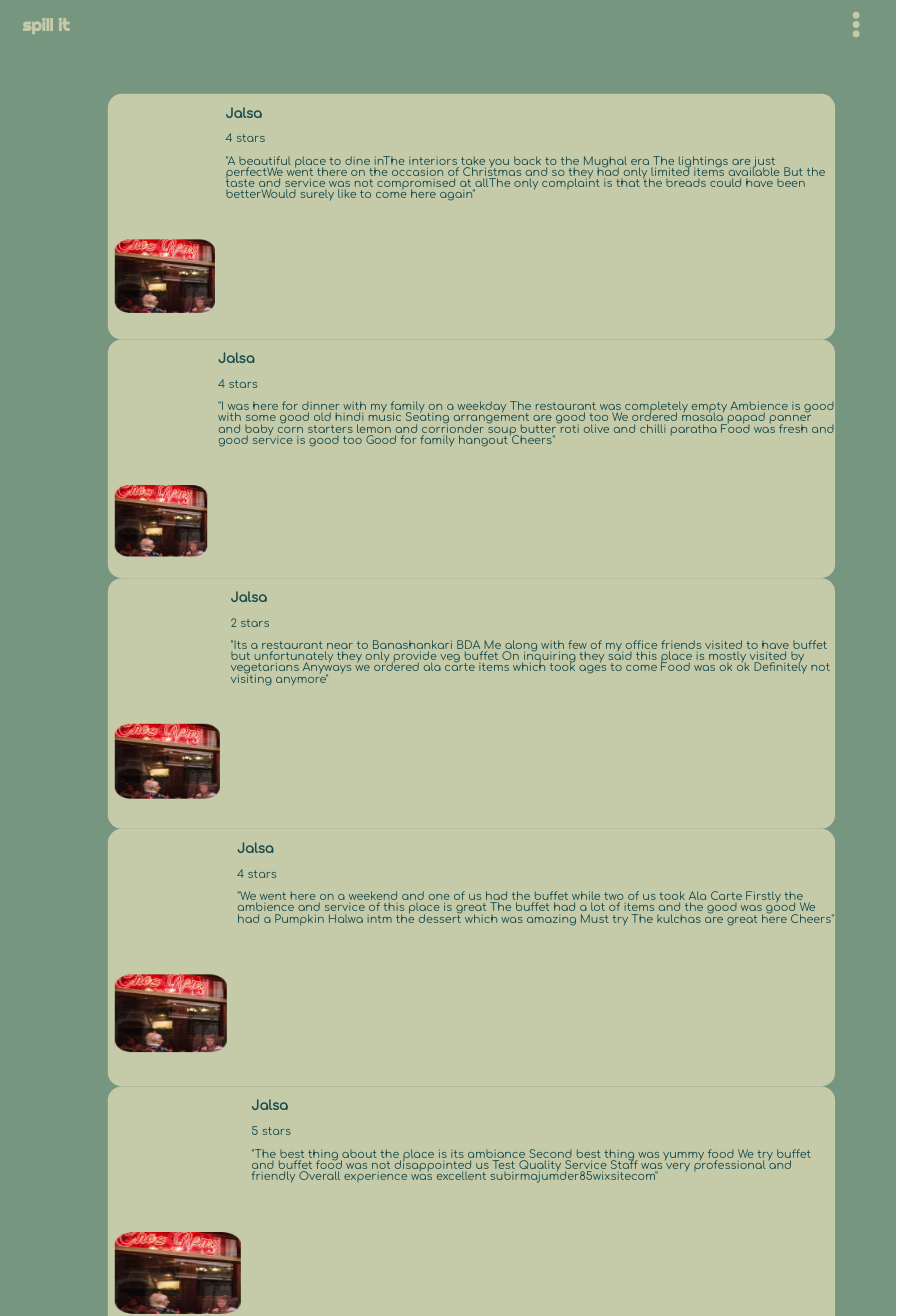
Repository: shaelorch/spillit
Page: /findASpot
The author's editor kept a copy of each file at every save. The page is drawn from the files as they stood at one save, then again after the next save.
The browser window is 1280 px wide. The page is 1309 px wide, then 1284 px, so the pictures cover 1309 px, including what lies to the right of the window. The pictures show the part of the page from y = 0 to 1880 px (the page is 640176 px tall before and 628110 px after), at 70% of full size.
The project was rebuilt for these pictures with package versions that can differ from the ones it lists, and the page was loaded fresh each time. The framework's server and built-in components were replaced by stand-ins that run in the browser. Also part of the build but not shown: next.config.js, components/HeroCont.js, components/Button.js, components/SubButton.js, components/Header.js, components/popMenu.js.

Above is the page before, as saved 2023-02-10 14:51:49.

### pages/findASpot.js
import Head from 'next/head'
import Image from 'next/image'
import HeroCont from '../components/HeroCont'
import styles from '../styles/Home.module.css'
import Button from '../components/Button'
import SubButton from '../components/SubButton'
import RevCard from '../components/reviewCard'
import Header from '../components/Header'
import TopBar from '../components/topBAr'
import reviews from '../data/reviews.json'


export default function Home() {

  console.log(reviews);
  return (
    <div className={styles.container}>
      <Head>
        <title>Create Next App</title>
        <meta name="description" content="Generated by create next app" />
        <link rel="icon" href="/favicon.ico" />

      </Head>

     <TopBar/>

      <main className={styles.main}>
       <div >
        {
          reviews.map( (rev, index) => {
            return (
              <RevCard
              key={index}
              name={rev.name}
              rating={`${rev.rating} stars`}
              review={`"${rev.review}"`}></RevCard>
            )
          })

        }
       </div>



      </main>

      <footer className={styles.footer}>

      </footer>
    </div>
  )
}

### styles/globals.css

@import url('https://fonts.googleapis.com/css2?family=Righteous&display=swap');
@import url('https://fonts.googleapis.com/css2?family=Comfortaa&family=Righteous&display=swap');


html,
body {
  padding: 0;
  margin: 0;
  font-family: -apple-system, BlinkMacSystemFont, Segoe UI, Roboto, Oxygen,
    Ubuntu, Cantarell, Fira Sans, Droid Sans, Helvetica Neue, sans-serif;
}

a {
  color: inherit;
  text-decoration: none;
}

* {
  box-sizing: border-box;
}

@media (prefers-color-scheme: dark) {
  html {
    color-scheme: dark;
  }
  body {
    color: white;
    background: black;
  }
}

### styles/Home.module.css
.container {
  padding: 0 2rem;
  background-color: #779680;
}

.rotate {

  width:358;
  height:195;
  margin-top:-160;
  margin-Left:-40;
  animation:rotation 2s infinite linear;
}

.main {
  min-height: 100vh;
  padding: 4rem 0;
  flex: 1;
  margin-left:10%;
  margin-right:-5%;
  display: flex;
  flex-direction: column;
  justify-content: center;
  align-items: center;
  font-family: 'Comfortaa', 'cursive';
}

.footer {
  display: flex;
  flex: 1;
  padding: 2rem 0;
  border-top: 1px solid #eaeaea;
  justify-content: center;
  align-items: center;
}

.footer a {
  display: flex;
  justify-content: center;
  align-items: center;
  flex-grow: 1;
}

.title a {
  color: #0070f3;
  text-decoration: none;
}

.title a:hover,
.title a:focus,
.title a:active {
  text-decoration: underline;
}

.title {
  margin: 0;
  line-height: 1.15;
  font-size: 4rem;
}

.title,
.description {
  text-align: center;
}

.description {
  margin: 4rem 0;
  line-height: 1.5;
  font-size: 1.5rem;
}

.code {
  background: #fafafa;
  border-radius: 5px;
  padding: 0.75rem;
  font-size: 1.1rem;
  font-family: Menlo, Monaco, Lucida Console, Liberation Mono, DejaVu Sans Mono,
    Bitstream Vera Sans Mono, Courier New, monospace;
}

.grid {
  display: flex;
  align-items: center;
  justify-content: center;
  flex-wrap: wrap;
  max-width: 800px;
}

.card {
  margin: 1rem;
  padding: 1.5rem;
  text-align: left;
  color: inherit;
  text-decoration: none;
  border: 1px solid #eaeaea;
  border-radius: 10px;
  transition: color 0.15s ease, border-color 0.15s ease;
  max-width: 300px;
}

.card:hover,
.card:focus,
.card:active {
  color: #0070f3;
  border-color: #0070f3;
}

.card h2 {
  margin: 0 0 1rem 0;
  font-size: 1.5rem;
}

.card p {
  margin: 0;
  font-size: 1.25rem;
  line-height: 1.5;
}

.logo {
  height: 1em;
  margin-left: 0.5rem;
}

@media (max-width: 600px) {
  .grid {
    width: 100%;
    flex-direction: column;
  }
}

@media (prefers-color-scheme: dark) {
  .card,
  .footer {
    border-color: #222;
  }
  .code {
    background: #111;
  }
  .logo img {
    filter: invert(1);
  }
}

### components/reviewCard.js



export default function RevCard({
    name="restaurnt",
    rating="4.0",
    review="lalalala"
}) {

    return (<div style={{justifyContent:'center',display:'flex', width:"90%", height:'100%', backgroundColor:'#C5CAA9',  borderRadius:20}}>

        <div style={{display:'flex', flexDirection:'row'}}>
            <img  style={{display:'flex', width:'45%', height:"30%", marginTop:"20%", marginLeft:10}} src="place.png"/>
            <div style={{lineHeight:1,paddingLeft:15, color:'#184B4B'}}>
                <h3>{name}</h3>
                <p>{rating}</p>
                <p>{review}</p>
            </div>
        </div>



    </div>

    )
}

### components/topBAr.js
import Link from "next/link"
import { useState } from "react"
import { GrClose } from 'react-icons/gr'
import PopMenu from "./popMenu";

export default function TopBar() {

    const [open, setOpen] = useState(false);

   const onClick = () => {
    setOpen (current => !current)
   };

    return (
        <><div style={{ display: 'flex', flexDirection: 'row', justifyContent: 'space-between', alignItems: 'center', backgroundColor: '#779680' }}>
            <Link href='/'>
                <h2 style={{ color: '#C5CAA9', fontFamily: 'righteous, cursive' }}>spill it</h2>
            </Link>
            <img
                onClick={onClick} style={{ height: 50, width: 50 }} src="menu.png" />
            {open ? <PopMenu/> : null}

        </div></>

            )
        }

Loaded but not shown: pages/_app.js (common file); data/reviews.json (10022 lines, source omitted)

After the next save:
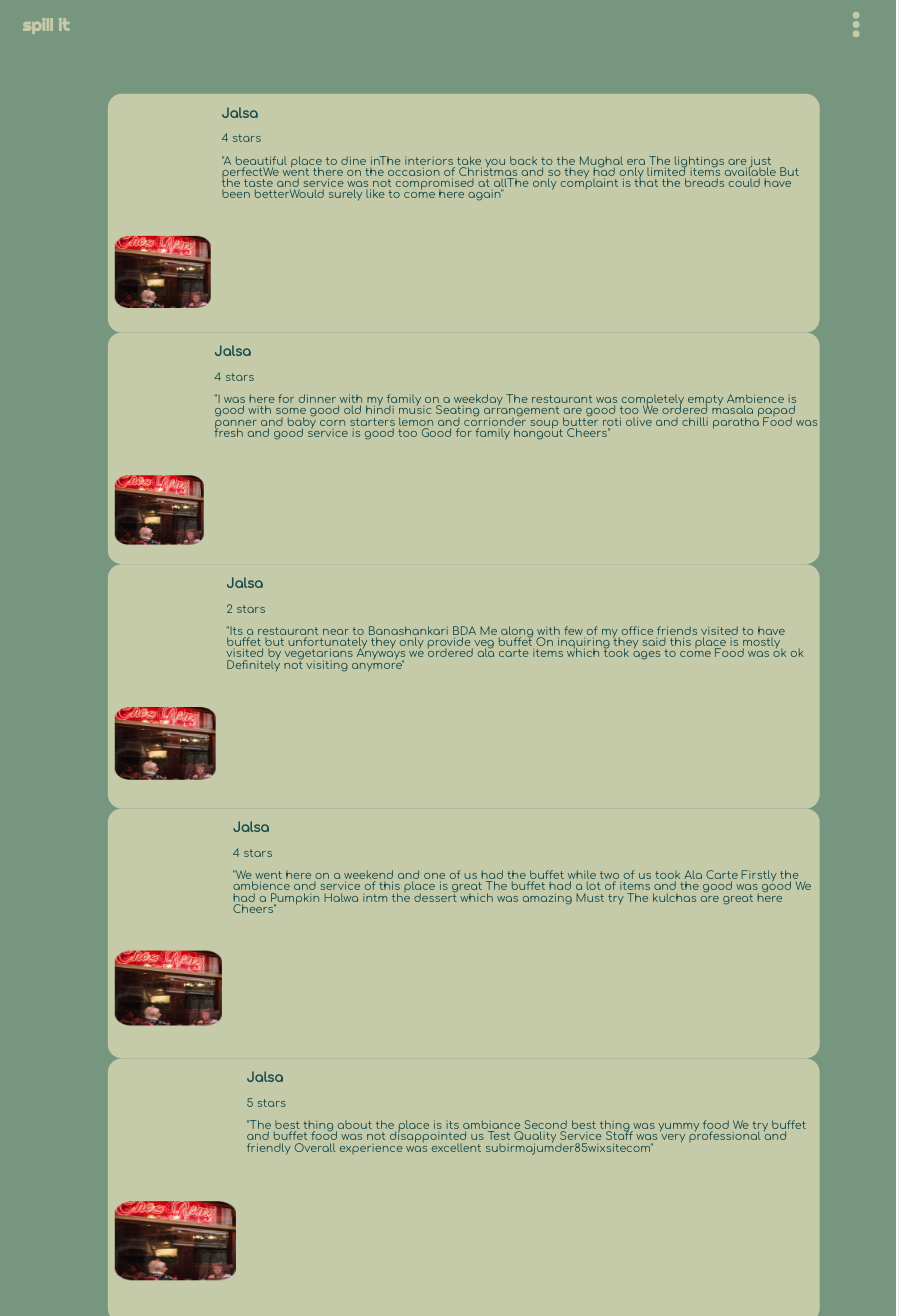
Saved 5 s later.
--- a/styles/Home.module.css
+++ b/styles/Home.module.css
@@ -17,7 +17,7 @@
   padding: 4rem 0;
   flex: 1;
   margin-left:10%;
-  margin-right:-5%;
+  margin-right:-3%;
   display: flex;
   flex-direction: column;
   justify-content: center;
